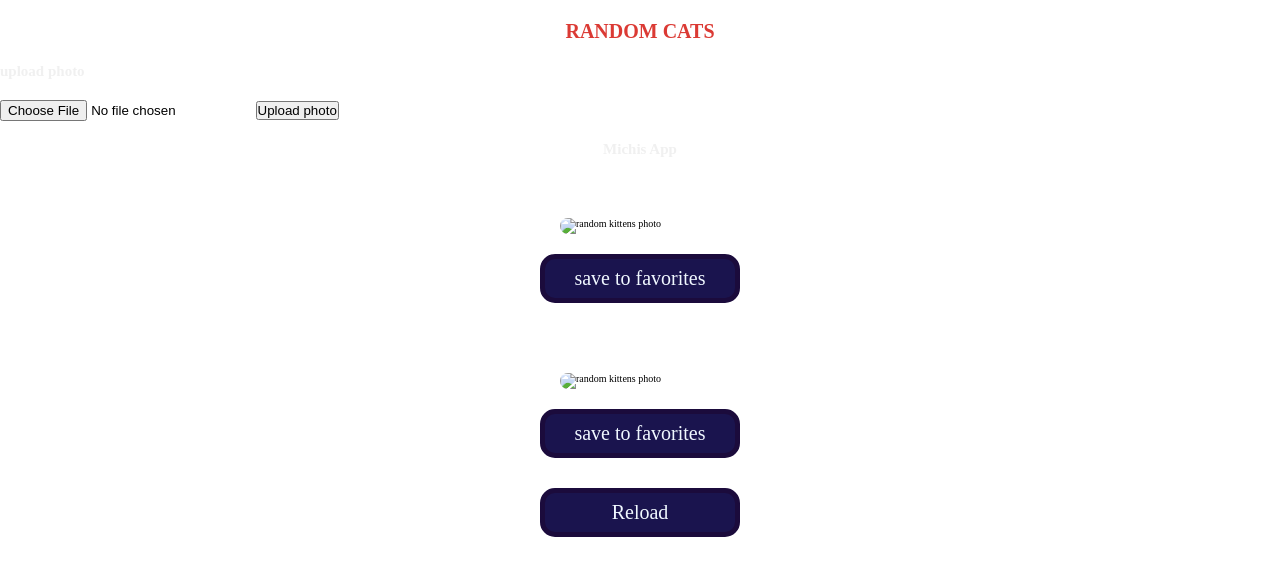
Repository: elto82/ConsumoAPIRESTjs
Page: index.html
An editor plug-in stored every save of this project. The page is shown before and after the next save, followed by the edit.
The browser window is 1280 px wide. The pictures show the whole page.
The page's requests for data from a server got no answer.

Above is the page before, as saved 2022-07-04 21:32:50.

After the next save:
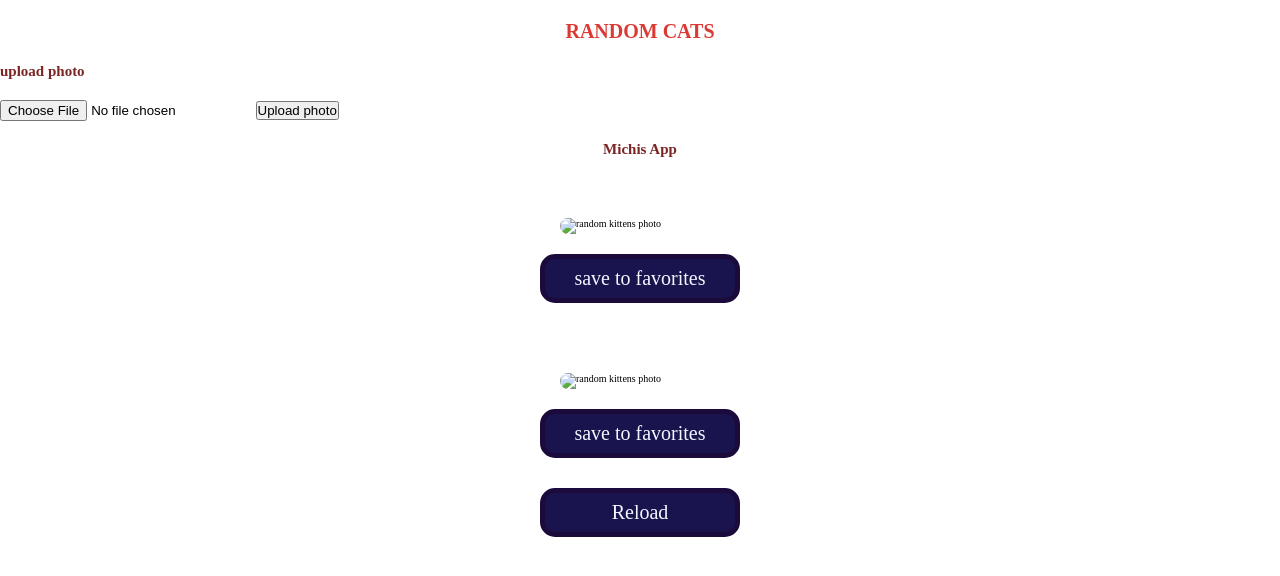
Saved 10 s later.
--- a/style.css
+++ b/style.css
@@ -22,7 +22,7 @@ h1 {
 }
 
 h2 {
-  color: #f0f0f0;
+  color: #7b2525;
   margin: 0 0 20px 0;
 }
 
